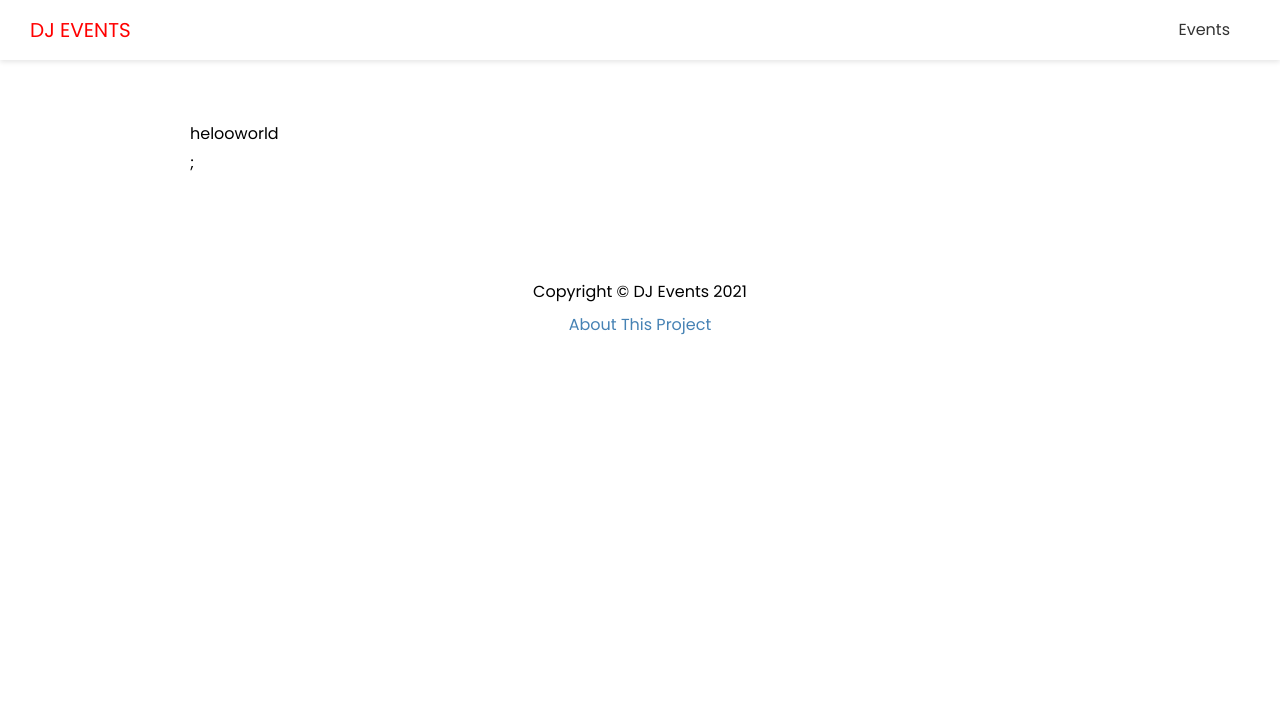
Repository: ShamroOoz/Concerts-Creator-Frontend-Nextjs
Page: /
An editor plug-in stored every save of this project. The page is shown before and after the next save, followed by the edit.
The browser window is 1280 px wide. The pictures show the whole page.
The project was rebuilt for these pictures with package versions that can differ from the ones it lists, and the page was loaded fresh each time. The framework's server and built-in components were replaced by stand-ins that run in the browser. Also part of the build but not shown: next.config.js.

Above is the page before, as saved 2021-04-21 14:46:58.

### pages/_app.js
import "../styles/globals.css";
import Layout from "@/components/Layout";
function MyApp({ Component, pageProps }) {
  return (
    <>
      <Layout>
        <Component {...pageProps} />;
      </Layout>
    </>
  );
}

export default MyApp;

### pages/index.js
export default function Home() {
  return <div>helooworld</div>;
}

### components/Layout.js
import Head from "next/head";
import Header from "./Header";
import Footer from "./Footer";
import styles from "../styles/Layout.module.css";

export default function Layout({ title, keywords, description, children }) {
  return (
    <div>
      <Head>
        <title>{title}</title>
        <meta name="description" content={description} />
        <meta name="keywords" content={keywords} />
      </Head>

      <Header />
      <div className={styles.container}>{children}</div>
      <Footer />
    </div>
  );
}

Layout.defaultProps = {
  title: "DJ Events | Find the hottest parties",
  description: "Find the latest DJ and other musical events",
  keywords: "music, dj, edm, events",
};

### components/Header.js
import Link from "next/link";
import styles from "../styles/Header.module.css";

export default function Header() {
  return (
    <header className={styles.header}>
      <div className={styles.logo}>
        <Link href="/">
          <a>DJ Events</a>
        </Link>
      </div>

      <nav>
        <ul>
          <li>
            <Link href="/events">
              <a>Events</a>
            </Link>
          </li>
        </ul>
      </nav>
    </header>
  );
}

### components/Footer.js
import Link from "next/link";
import styles from "@/styles/Footer.module.css";

export default function Footer() {
  return (
    <footer className={styles.footer}>
      <p>Copyright &copy; DJ Events 2021</p>
      <p>
        <Link href="/about">About This Project</Link>
      </p>
    </footer>
  );
}

### styles/Header.module.css
.header {
  display: flex;
  justify-content: space-between;
  align-items: center;
  background: #fff;
  color: #333;
  height: 60px;
  padding: 0 30px;
  box-shadow: 0 2px 5px rgba(0, 0, 0, 0.1);
}

.header a {
  color: #333;
  margin-right: 20px;
}

.header a:hover {
  color: #000;
}
.header ul {
  display: flex;
  align-items: center;
  justify-content: center;
  list-style: none;
}

.logo {
  color: red;
  font-size: 20px;
  text-transform: uppercase;
}

.logo a {
  color: red;
}

@media (max-width: 768px) {
  .header {
    flex-direction: column;
    height: auto;
  }

  .header ul {
    margin: 20px 0;
    flex-direction: column;
    text-align: center;
  }

  .header a {
    margin-right: 0;
  }

  .logo {
    margin: 20px 0;
  }
}

Loaded but not shown: styles/globals.css (common file); styles/Layout.module.css (common file); styles/Footer.module.css (common file)

After the next save:
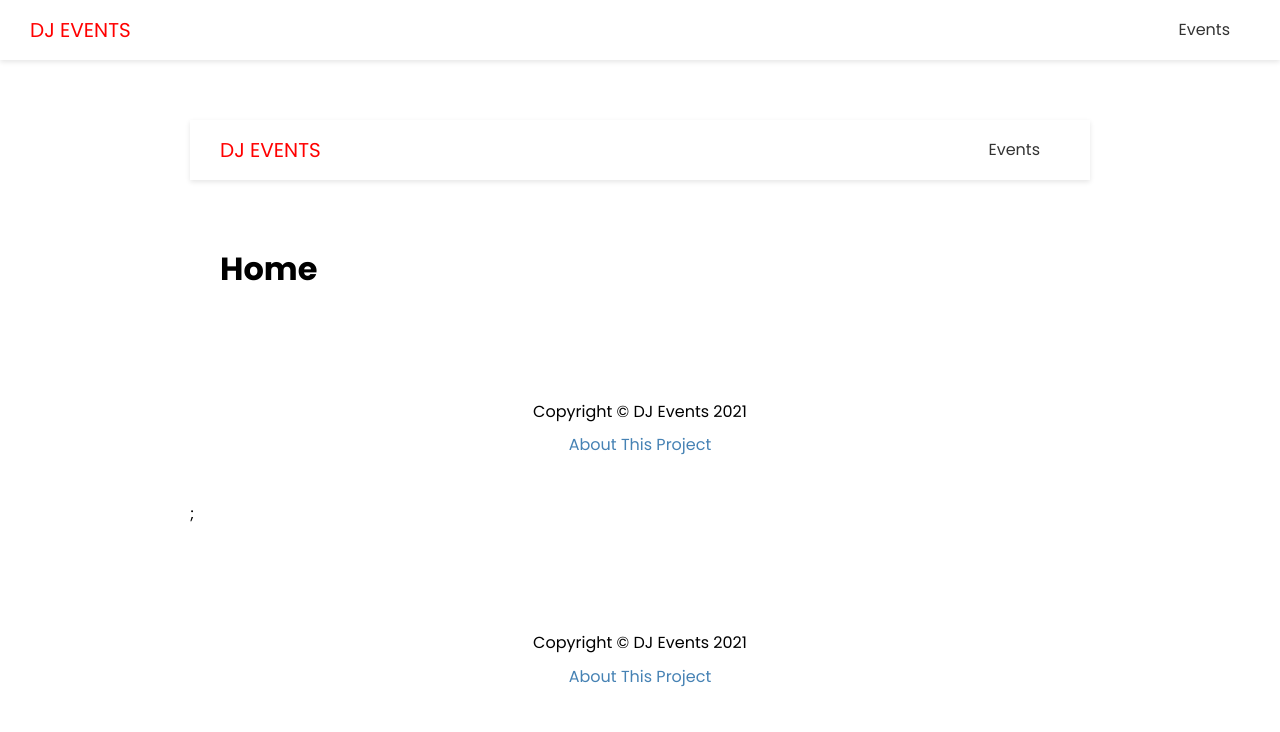
Saved 36 s later.
--- a/pages/index.js
+++ b/pages/index.js
@@ -1,3 +1,9 @@
+import Layout from "@/components/Layout";
+
 export default function Home() {
-  return <div>helooworld</div>;
+  return (
+    <Layout>
+      <h1>Home</h1>
+    </Layout>
+  );
 }
